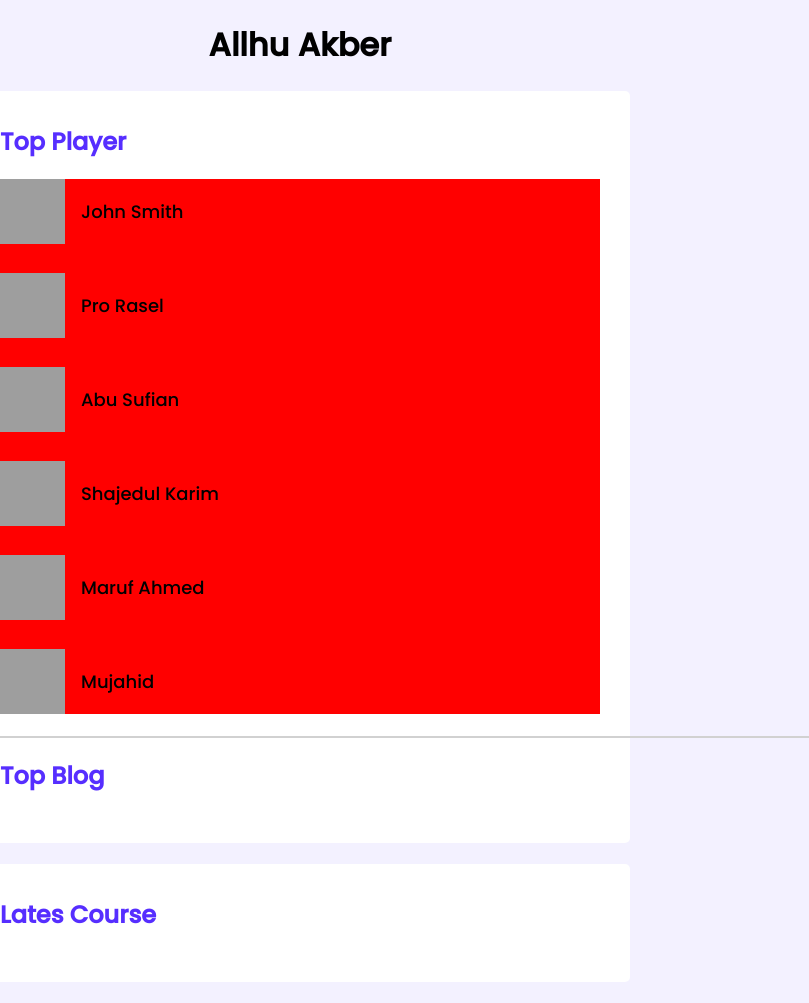
Repository: zjria/leader-board
Page: index.html
These files come from the project's save history. The page is drawn as it stood at one moment and after the next save; the edit follows.
The browser window is 600 px wide. The page is 809 px wide, so the pictures cover 809 px, including what lies to the right of the window. The pictures show the whole page.
Pictures or frames that could not be fetched are drawn as grey boxes.

Above is the page before, as saved 2022-09-05 08:20:11.

After the next save:
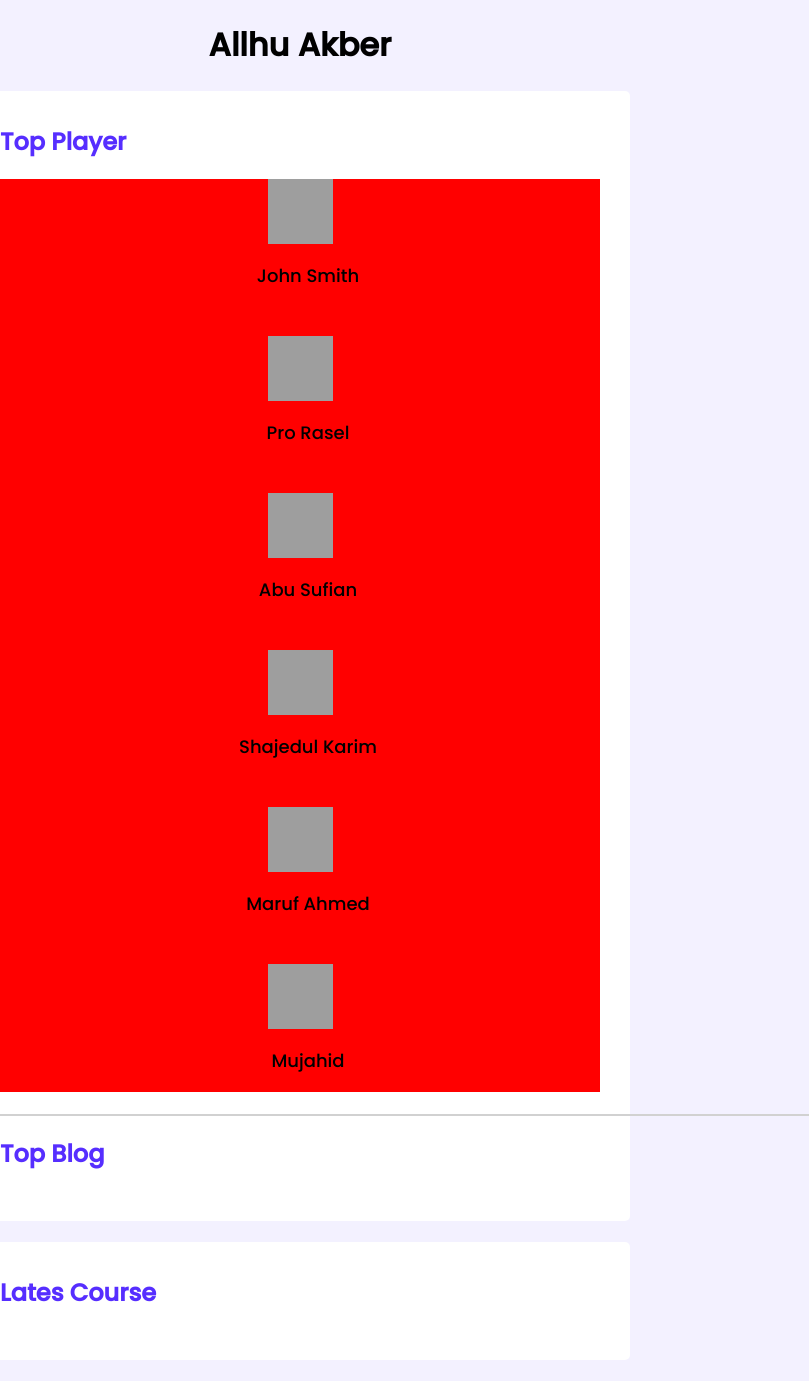
Saved 5 min 59 s later.
--- a/style/style.css
+++ b/style/style.css
@@ -183,6 +183,12 @@ Media Queary
         grid-template-columns: repeat(1, 1fr);
     }
 
+    .player {
+        /* display: flex; */
+        align-items: center;
+        flex-direction: column;
+    }
+
     .blogs-details {
         display: none;
     }
